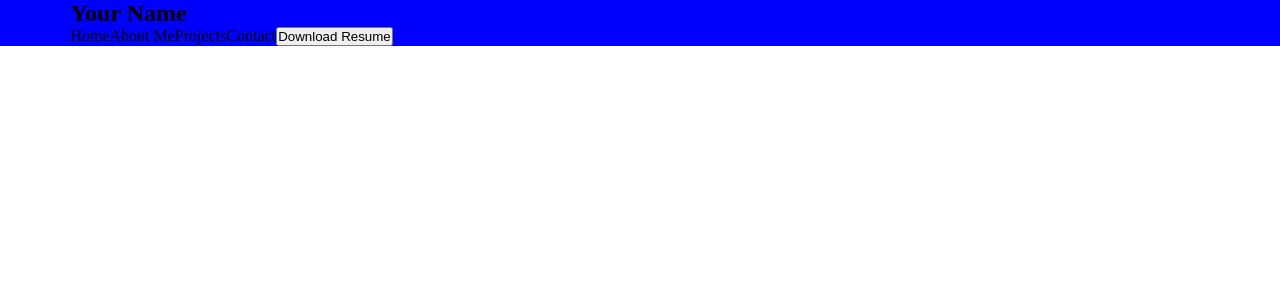
Repository: DevAntonioRogers/vanilla-portfolio
Page: index.html
The author's editor kept a copy of each file at every save. The page is drawn from the files as they stood at one save, then again after the next save.
The browser window is 1280 px wide. The pictures show the whole page.

Above is the page before, as saved 2023-07-12 14:11:46.

After the next save:
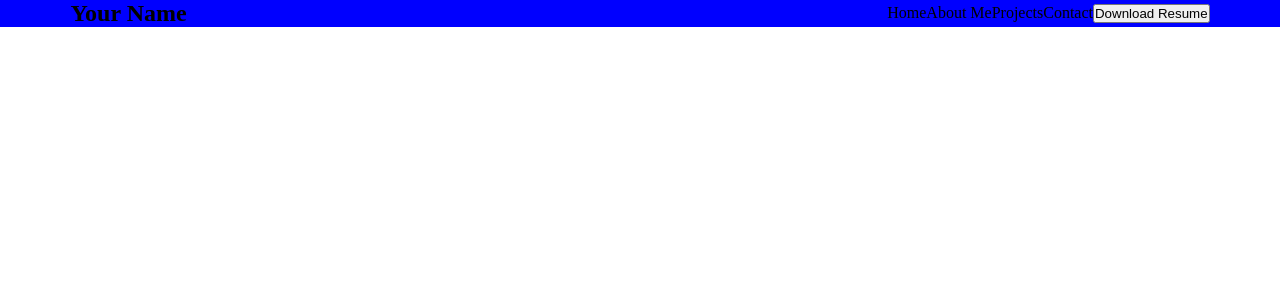
Saved 5 s later.
--- a/style.css
+++ b/style.css
@@ -22,7 +22,7 @@ nav {
   background-color: blue;
 }
 
-.nav-container {
+.nav {
   display: flex;
   justify-content: space-between;
   align-items: center;
